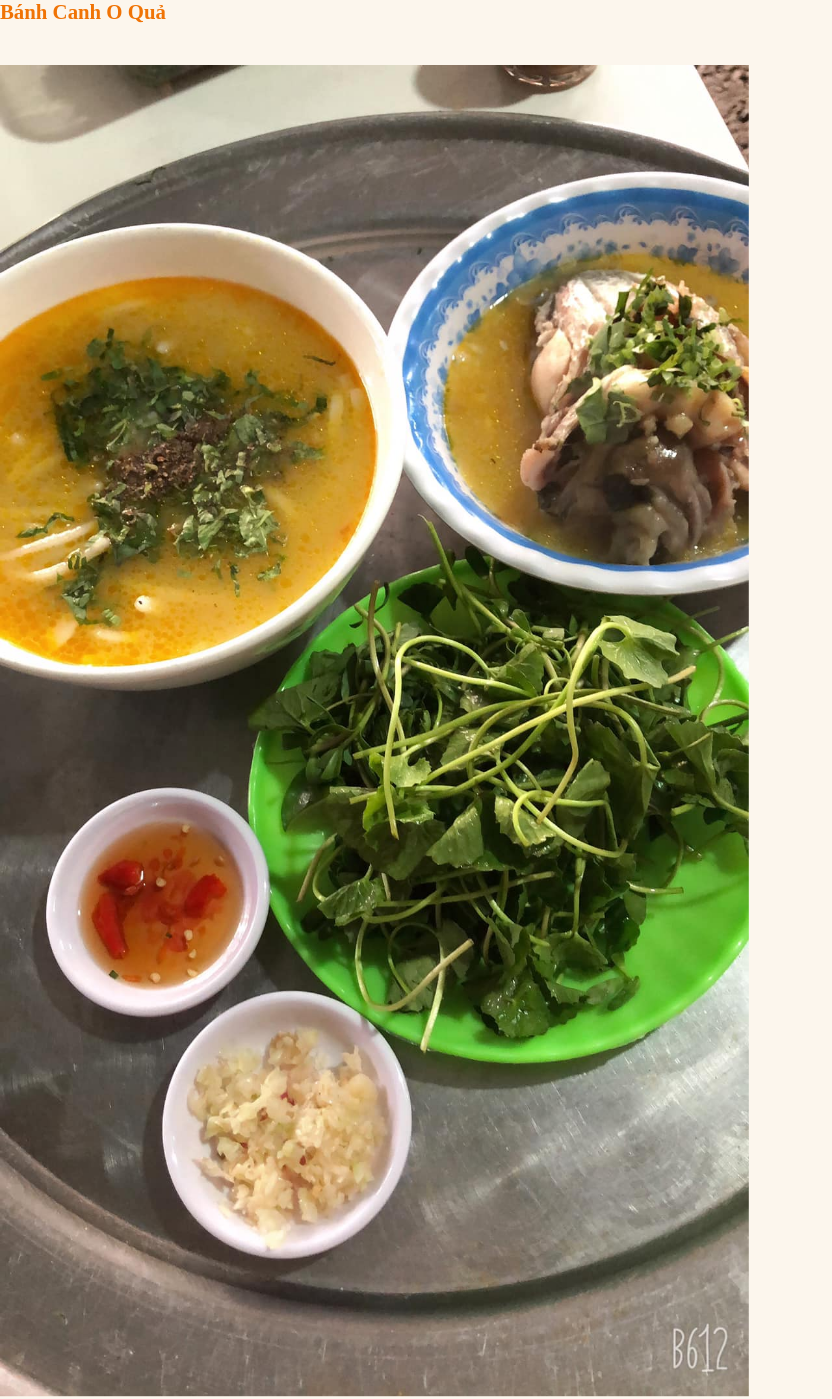
Repository: LeCongTuan2608/AmThuc
Page: public/index.html
These files come from the project's save history. The page is drawn as it stood at one moment and after the next save; the edit follows.
The browser window is 1280 px wide. The pictures show the whole page, at 65% of full size.
The style sheet was rebuilt from its Sass, Less or Tailwind sources for each picture, by a compiler version that may differ from the author's.

Above is the page before, as saved 2022-04-15 09:55:42.

### public/index.html
<!DOCTYPE html>
<html lang="en">
   <head>
      <meta charset="UTF-8" />
      <meta http-equiv="X-UA-Compatible" content="IE=edge" />
      <meta name="viewport" content="width=device-width, initial-scale=1.0" />
      <link rel="stylesheet" href="../sass/css/index.css" />
      <link rel="stylesheet" href="../Javascript/app.js" />
      <title>Ẩm Thực</title>
   </head>
   <body>
      <header>
         <div id="header">
            <h1>Bánh Canh O Quả</h1>
         </div>
      </header>
      <main>
         <div id="top">
            <div id="image">
               <img src="../images/anh-1.jpg" alt="" />
            </div>
         </div>
      </main>
      <footer></footer>
   </body>
</html>

### sass/index.scss
@import './variables';
html{
    font-size: 100%;
    width: 100%;
    height: 100%;
}
*{
    margin: 0;
    padding: 0;
}
body{
    width: 100%;
    height: 100%;
    background-color: $background-Color;
}
header #header{
    height: 100px;
    align-items: center;

}
#header h1{
    color: $words_Color;

}

### sass/variables.scss
$background-Color: #fcf6ed;
$words_Color: #f07305;

Loaded but not shown: Javascript/app.js (no stored copy; drawn as an empty file)

After the next save:
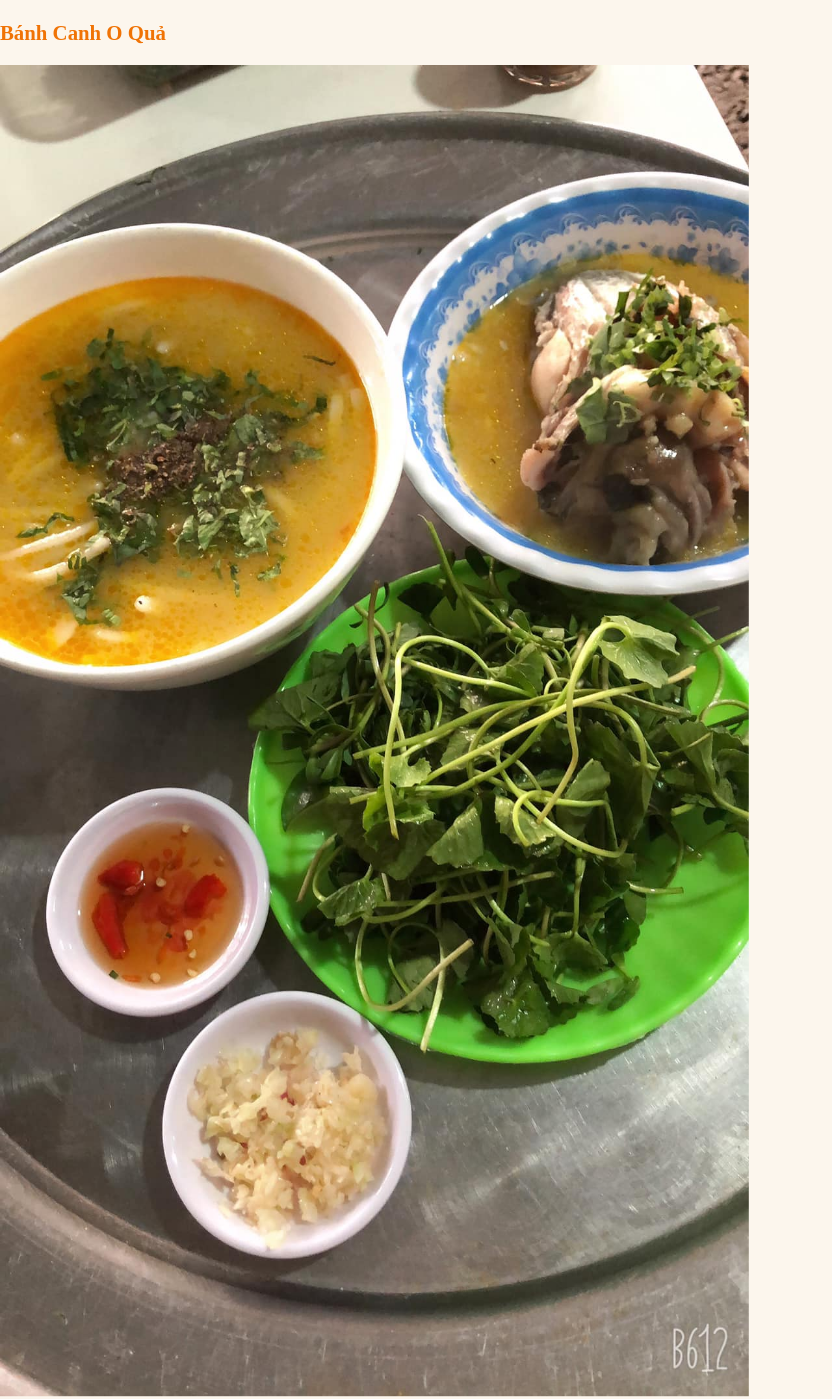
Saved 8 s later.
--- a/sass/index.scss
+++ b/sass/index.scss
@@ -15,7 +15,7 @@
 }
 header #header{
     height: 100px;
-    align-items: center;
+    align-content: center;
 
 }
 #header h1{

After the 2 saves that followed:
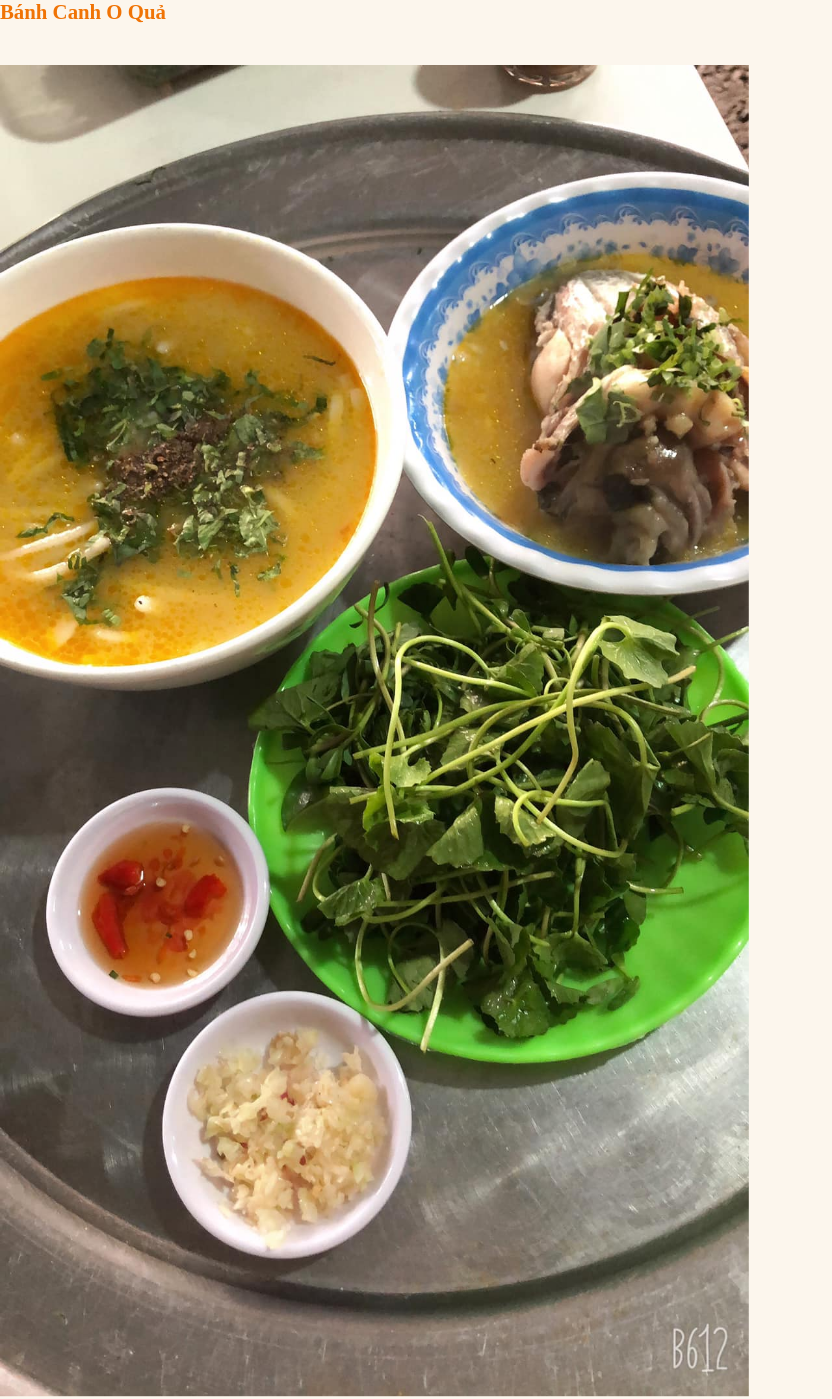
The 2 saves are shown as one change because they came seconds apart.
The last was saved 10 s later.
--- a/sass/index.scss
+++ b/sass/index.scss
@@ -15,7 +15,6 @@
 }
 header #header{
     height: 100px;
-    align-content: center;
 
 }
 #header h1{
